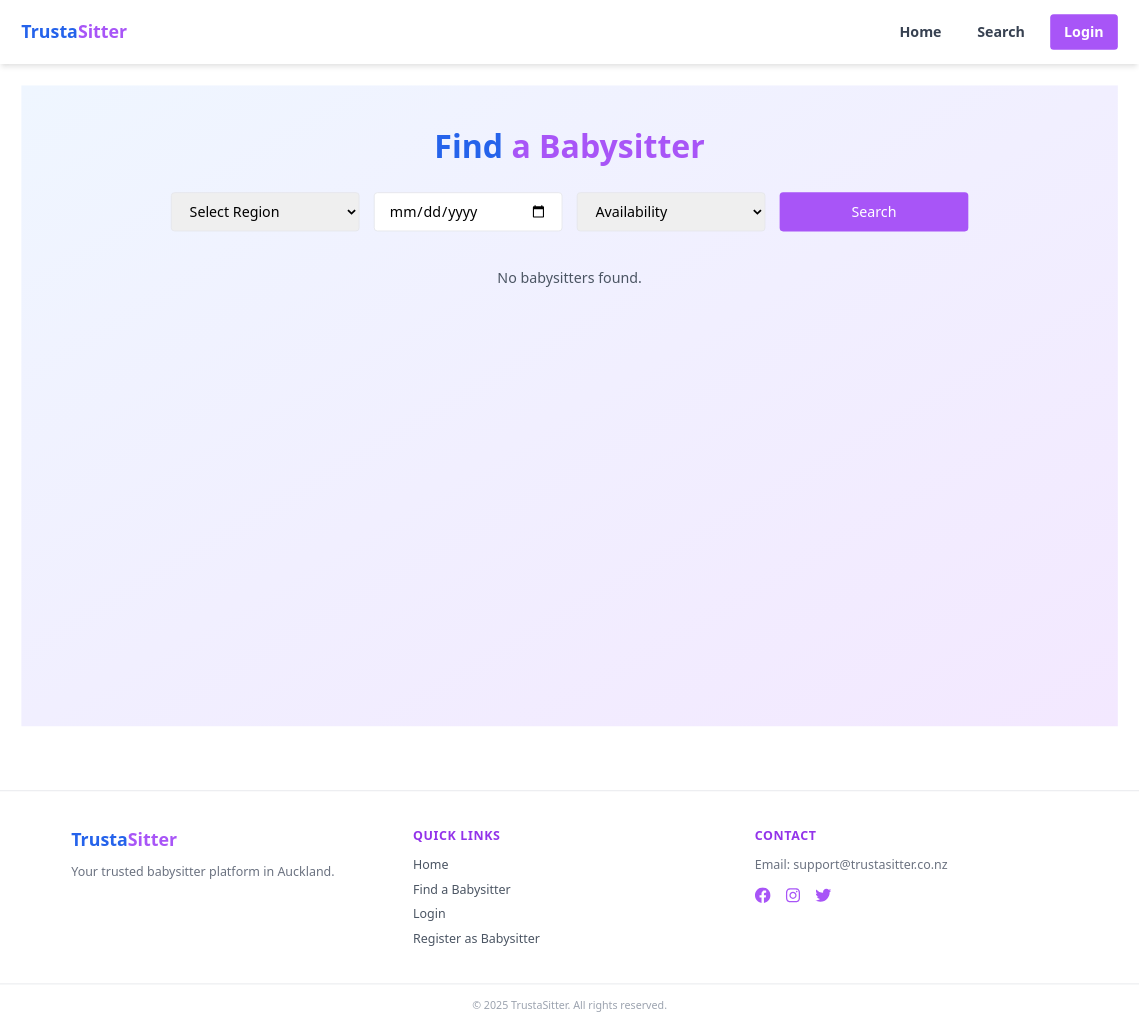
Repository: LargeWC-Code/TrustaSitter
Page: /search (app in trustasitter-frontend/)
An editor plug-in stored every save of this project. The page is shown before and after the next save, followed by the edit.
The browser window is 1280 px wide. The pictures show the whole page, at 89% of full size.
The page's requests for data from a server got no answer. The project was rebuilt for these pictures with package versions that can differ from the ones it lists, and the page was loaded fresh each time. No one was signed in, and anything a server would have sent is missing. Also part of the build but not shown: trustasitter-frontend/vite.config.js, trustasitter-frontend/src/pages/Home.jsx, trustasitter-frontend/src/services/api.js, trustasitter-frontend/src/pages/Login.jsx, trustasitter-frontend/src/pages/Bookings.jsx, trustasitter-frontend/src/pages/ChooseRole.jsx, trustasitter-frontend/src/pages/RegisterBabysitter.jsx, trustasitter-frontend/src/pages/RegisterClient.jsx and 4 more.

Above is the page before, as saved 2025-07-02 23:58:37.

### trustasitter-frontend/index.html
<!doctype html>
<html lang="en">
  <head>
    <meta charset="UTF-8" />
    <link rel="icon" type="image/png" href="/image.png" />
    <meta name="viewport" content="width=device-width, initial-scale=1.0" />
    <title>TrustaSitter</title>
  </head>
  <body>
    <div id="root"></div>
    <script type="module" src="/src/main.jsx"></script>
  </body>
</html>

### trustasitter-frontend/src/main.jsx
import React from 'react';
import ReactDOM from 'react-dom/client';
import App from './App';
import './index.css'; // Importing global styles
import { BrowserRouter } from 'react-router-dom';
import { AuthProvider } from './context/AuthContext';

ReactDOM.createRoot(document.getElementById('root')).render(
  <React.StrictMode>
    <AuthProvider>
        <App />
      </AuthProvider>
    </React.StrictMode>
);

### trustasitter-frontend/src/App.jsx
// App.jsx – Router setup with Navbar
import React from 'react';
import { BrowserRouter as Router, Routes, Route } from 'react-router-dom';

import Navbar from './components/Navbar'; // Importing the Navbar component
import Footer from './components/Footer'; // Importing the Footer component
import Home from './pages/Home';  // Importing the Home component
import Search from './pages/Search';  // Importing the Search component
import Login from './pages/Login';  // Importing the Login component
import Bookings from './pages/Bookings';    // Importing the Bookings component
import ChooseRole from './pages/ChooseRole';  // Importing the ChooseRole component
import RegisterBabysitter from './pages/RegisterBabysitter'; // Importing the RegisterBabysitter component
import RegisterClient from './pages/RegisterClient'; // Importing the RegisterClient component
import  HomeClient from './pages/HomeClient'; // Importing the HomeClient component
import HomeBabysitter from './pages/HomeBabysitter'; // Importing the HomeBabysitter component
import ProfileBabysitter from "./pages/ProfileBabysitter"; // Importing the ProfileBabysitter component
import ScrollToTop from './components/ScrollToTop'; // Importing the ScrollToTop component
import ProfileClient from './pages/ProfileClient';

const App = () => {
  return (
    <Router>
      <ScrollToTop />
      <Navbar />
      <div className="p-6">
        <Routes>
          <Route path="/homeclient" element={<HomeClient />} />
          <Route path="/register-client" element={<RegisterClient />} />
          <Route path="/home-babysitter" element={<HomeBabysitter />} />
          <Route path="/" element={<Home />} />
          <Route path="/search" element={<Search />} />
          <Route path="/login" element={<Login />} />
          <Route path="/bookings" element={<Bookings />} />
          <Route path="/choose-role" element={<ChooseRole />} />
          <Route path="/register-babysitter" element={<RegisterBabysitter />} />
          <Route path="/profile" element={<ProfileBabysitter />} />
          <Route path="/profile-client" element={<ProfileClient />} />
        </Routes>
      </div>
      <Footer />
    </Router>
  );
};

export default App;

### trustasitter-frontend/src/context/AuthContext.jsx
import React, { createContext, useState, useEffect } from "react";

export const AuthContext = createContext();

export const AuthProvider = ({ children }) => {
  const [user, setUser] = useState(null);
  const [token, setToken] = useState(null);
  const [role, setRole] = useState(null);
  const [isLoading, setIsLoading] = useState(true); // Indicates that charging has not finished

  useEffect(() => {
    const storedToken = localStorage.getItem("token");
    const storedUser = localStorage.getItem("user");
    const storedRole = localStorage.getItem("role");
    if (storedToken && storedUser) {
      setToken(storedToken);
      setUser(JSON.parse(storedUser));
      setRole(storedRole);
    }
    setIsLoading(false); // Indicates that charging has finished
  }, []);

  const login = (data) => {
    setToken(data.token);
    setUser(data.user);
    setRole(data.role);
    localStorage.setItem("token", data.token);
    localStorage.setItem("user", JSON.stringify(data.user));
    localStorage.setItem("role", data.role);
  };

  const logout = () => {
    setToken(null);
    setUser(null);
    setRole(null);
    localStorage.removeItem("token");
    localStorage.removeItem("user");
    localStorage.removeItem("role");
  };

  return (
    <AuthContext.Provider value={{ user, token, role, isLoading, login, logout }}>
      {children}
    </AuthContext.Provider>
  );
};

### trustasitter-frontend/src/components/Navbar.jsx
import React, { useContext } from "react";
import { Link, useNavigate } from "react-router-dom";
import { AuthContext } from "../context/AuthContext";

function Navbar() {
  const { user, role, logout } = useContext(AuthContext);
  const navigate = useNavigate();

  const handleLogout = () => {
    logout();
    navigate("/");
  };

  return (
    <nav className="bg-white shadow-md px-6 py-4 flex justify-between items-center">
      {/* Logo */}
      <div className="text-xl font-bold">
        <Link to="/" className="text-xl font-bold">
          <span className="text-blue-600">Trusta</span>
          <span className="text-purple-500">Sitter</span>
        </Link>
      </div>

      {/* Navigation Links */}
      <div className="flex items-center gap-4">
        <Link
          to="/"
          className="text-gray-700 font-semibold px-3 py-2 rounded hover:bg-purple-50 hover:text-purple-600 transition"
        >
          Home
        </Link>
        {role !== "babysitter" && (
          <Link
            to="/search"
            className="text-gray-700 font-semibold px-3 py-2 rounded hover:bg-purple-50 hover:text-purple-600 transition"
          >
            Search
          </Link>
        )}

        {!user && (
          <Link
            to="/login"
            className="bg-purple-500 hover:bg-purple-600 text-white font-semibold px-4 py-2 rounded transition"
          >
            Login
          </Link>
        )}

        {user && (
          <>
            {/* Dashboard link based on role */}
            <Link
              to={role === "user" ? "/homeclient" : "/home-babysitter"}
              className="text-gray-700 font-semibold px-3 py-2 rounded hover:bg-purple-50 hover:text-purple-600 transition"
            >
              Dashboard
            </Link>

            {/* Profile link based on role */}
            <Link
              to={role === "user" ? "/profile-client" : "/profile"}
              className="text-gray-700 font-semibold px-3 py-2 rounded hover:bg-purple-50 hover:text-purple-600 transition"
            >
              My Profile
            </Link>

            <button
              onClick={handleLogout}
              className="bg-red-500 hover:bg-red-600 text-white font-semibold px-4 py-2 rounded transition"
            >
              Logout
            </button>
          </>
        )}
      </div>
    </nav>
  );
}

export default Navbar;

### trustasitter-frontend/src/components/Footer.jsx
import React from 'react';
import { Link } from 'react-router-dom';
import { FaFacebook, FaInstagram, FaTwitter } from 'react-icons/fa';

const Footer = () => {
  return (
    <footer className="bg-white border-t mt-12">
      <div className="max-w-6xl mx-auto px-4 py-10 grid md:grid-cols-3 gap-8 text-sm text-gray-600">
        {/* Logo and description */}
        <div>
          <h2 className="text-xl font-bold mb-3">
            <span className="text-blue-600">Trusta</span>
            <span className="text-purple-500">Sitter</span>
          </h2>
          <p className="text-gray-500">Your trusted babysitter platform in Auckland.</p>
        </div>

        {/* Quick Links */}
        <div>
          <h3 className="font-semibold mb-3 text-purple-600 uppercase tracking-wider">Quick Links</h3>
          <ul className="space-y-2">
            <li>
              <Link
                to="/"
                onClick={() => window.scrollTo(0, 0)}
                className="hover:underline hover:text-purple-600 transition"
              >
                Home
              </Link>
            </li>
            <li>
              <Link
                to="/search"
                onClick={() => window.scrollTo(0, 0)}
                className="hover:underline hover:text-purple-600 transition"
              >
                Find a Babysitter
              </Link>
            </li>
            <li>
              <Link
                to="/login"
                onClick={() => window.scrollTo(0, 0)}
                className="hover:underline hover:text-purple-600 transition"
              >
                Login
              </Link>
            </li>
            <li>
              <Link
                to="/register-babysitter"
                onClick={() => window.scrollTo(0, 0)}
                className="hover:underline hover:text-purple-600 transition"
              >
                Register as Babysitter
              </Link>
            </li>
          </ul>
        </div>

        {/* Contact and socials */}
        <div>
          <h3 className="font-semibold mb-3 text-purple-600 uppercase tracking-wider">Contact</h3>
          <p className="text-gray-500">Email: support@trustasitter.co.nz</p>
          <div className="flex space-x-4 mt-4">
            <a href="#" className="text-purple-500 hover:text-purple-700 transition">
              <FaFacebook size={18} />
            </a>
            <a href="#" className="text-purple-500 hover:text-purple-700 transition">
              <FaInstagram size={18} />
            </a>
            <a href="#" className="text-purple-500 hover:text-purple-700 transition">
              <FaTwitter size={18} />
            </a>
          </div>
        </div>
      </div>
      <div className="text-center text-xs text-gray-400 py-4 border-t">
        © {new Date().getFullYear()} TrustaSitter. All rights reserved.
      </div>
    </footer>
  );
};

export default Footer;

### trustasitter-frontend/src/pages/Search.jsx
// src/pages/Search.jsx
import React, { useEffect, useState } from "react";
import axios from "axios";

const Search = () => {
  const [babysitters, setBabysitters] = useState([]);
  const [loading, setLoading] = useState(true);

  // Fetch babysitters when component mounts
  useEffect(() => {
    const fetchBabysitters = async () => {
      try {
        const response = await axios.get("http://localhost:3000/api/babysitters");
        setBabysitters(response.data);
      } catch (error) {
        console.error("Error fetching babysitters:", error);
      } finally {
        setLoading(false);
      }
    };

    fetchBabysitters();
  }, []);

  return (
    <main className="bg-gradient-to-br from-blue-50 to-purple-100 min-h-screen py-12 px-6">
      <h1 className="text-4xl font-bold text-center mb-8">
        <span className="text-blue-600">Find</span>{" "}
        <span className="text-purple-500">a Babysitter</span>
      </h1>

      {/* Filters */}
      <div className="max-w-4xl mx-auto grid grid-cols-1 md:grid-cols-4 gap-4 mb-10">
        <select className="px-4 py-2 border rounded focus:outline-none">
          <option value="">Select Region</option>
          <option value="Central">Central</option>
          <option value="East">East</option>
          <option value="West">West</option>
          <option value="North">North</option>
          <option value="South">South</option>
        </select>
        <input
          type="date"
          className="px-4 py-2 border rounded focus:outline-none"
        />
        <select className="px-4 py-2 border rounded focus:outline-none">
          <option value="">Availability</option>
          <option value="morning">Morning</option>
          <option value="afternoon">Afternoon</option>
          <option value="evening">Evening</option>
        </select>
        <button className="bg-purple-500 hover:bg-purple-600 text-white py-2 rounded transition">
          Search
        </button>
      </div>

      {loading ? (
        <p className="text-center text-gray-600">Loading babysitters...</p>
      ) : babysitters.length === 0 ? (
        <p className="text-center text-gray-600">No babysitters found.</p>
      ) : (
        <div className="max-w-6xl mx-auto grid grid-cols-1 md:grid-cols-2 lg:grid-cols-3 gap-6">
          {babysitters.map((sitter) => (
            <div
              key={sitter.id}
              className="bg-white rounded shadow p-4 flex flex-col justify-between"
            >
              <div>
                <h2 className="text-xl font-semibold text-gray-800 mb-2">
                  {sitter.name}
                </h2>
                <p className="text-gray-600 mb-1">
                  <strong>Region:</strong> {sitter.region || "Not specified"}
                </p>
                <p className="text-gray-600 mb-1">
                  <strong>Rate:</strong>{" "}
                  {sitter.rate ? `$${sitter.rate}/hr` : "Not specified"}
                </p>
                <p className="text-gray-600 mb-1">
                  <strong>Available:</strong>{" "}
                  {sitter.available_days
                    ? sitter.available_days.join(", ")
                    : "Not specified"}
                </p>
                <p className="text-gray-600">
                  <strong>About:</strong>{" "}
                  {sitter.about || "No description provided."}
                </p>
              </div>
              <button
                className="mt-4 bg-purple-500 hover:bg-purple-600 text-white py-2 rounded transition"
                onClick={() => alert("Booking flow will be implemented here")}
              >
                Request Booking
              </button>
            </div>
          ))}
        </div>
      )}
    </main>
  );
};

export default Search;

### trustasitter-frontend/src/components/ScrollToTop.jsx
import { useEffect } from "react";
import { useLocation } from "react-router-dom";

export default function ScrollToTop() {
  const { pathname } = useLocation();

  useEffect(() => {
    window.scrollTo(0, 0);
  }, [pathname]);

  return null;
}
// This component will scroll to the top of the page whenever the pathname changes.

Loaded but not shown: trustasitter-frontend/src/index.css (common file); trustasitter-frontend/tailwind.config.js (common file)

After the next save:
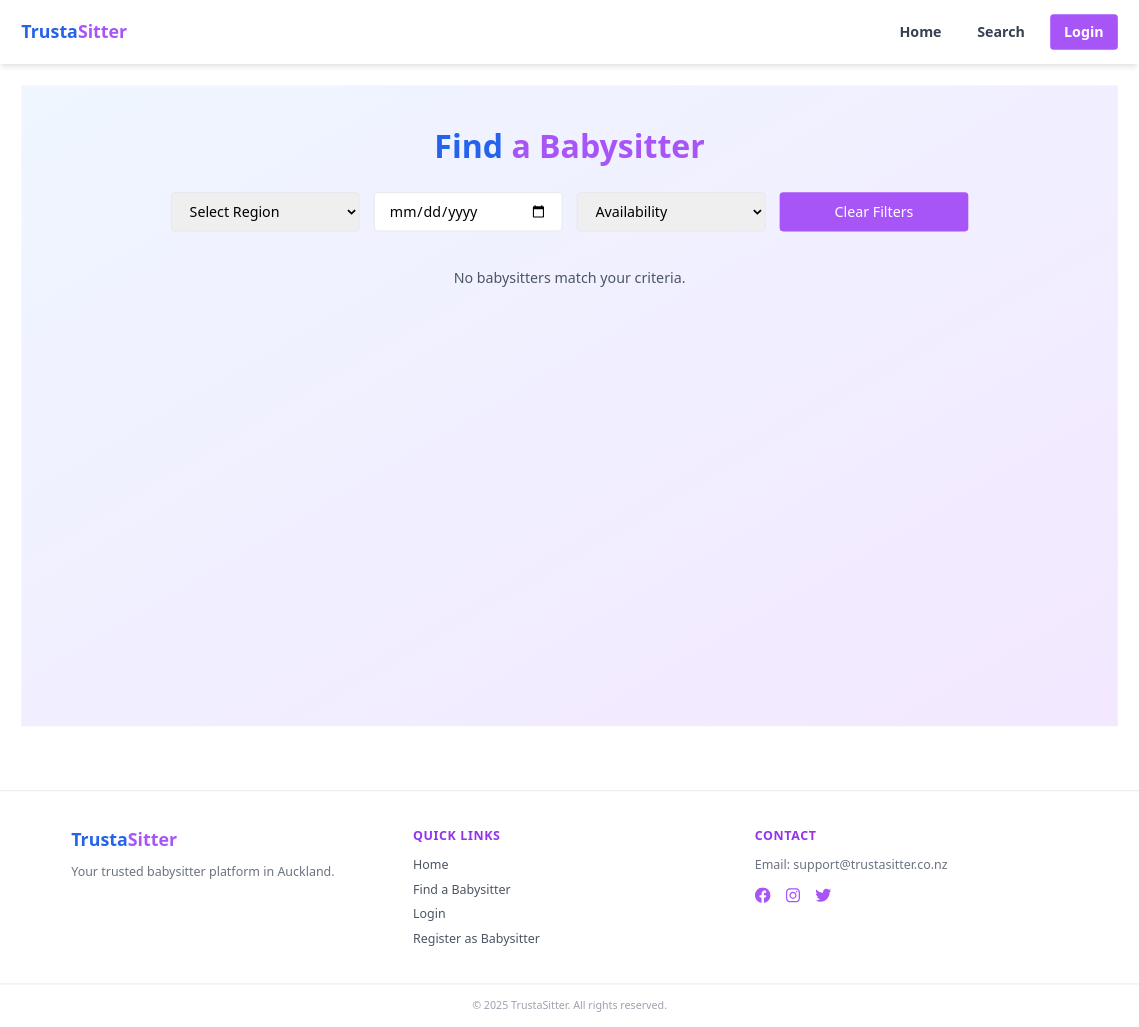
Saved 20 min 9 s later.
--- a/trustasitter-frontend/src/pages/Search.jsx
+++ b/trustasitter-frontend/src/pages/Search.jsx
@@ -5,6 +5,11 @@ import axios from "axios";
 const Search = () => {
   const [babysitters, setBabysitters] = useState([]);
   const [loading, setLoading] = useState(true);
+
+  // Filter states
+  const [selectedRegion, setSelectedRegion] = useState("");
+  const [selectedAvailability, setSelectedAvailability] = useState("");
+  const [selectedDate, setSelectedDate] = useState("");
 
   // Fetch babysitters when component mounts
   useEffect(() => {
@@ -22,6 +27,52 @@ const Search = () => {
     fetchBabysitters();
   }, []);
 
+  // Handle region change
+  const handleRegionChange = (e) => {
+    setSelectedRegion(e.target.value);
+  };
+
+  // Handle availability change
+  const handleAvailabilityChange = (e) => {
+    setSelectedAvailability(e.target.value);
+  };
+
+  // Handle date change
+  const handleDateChange = (e) => {
+    setSelectedDate(e.target.value);
+  };
+
+  // Filtered babysitters based on selected filters
+  const filteredBabysitters = babysitters.filter((sitter) => {
+    // Region filter
+    const regionMatch = selectedRegion
+      ? sitter.region && sitter.region.toLowerCase() === selectedRegion.toLowerCase()
+      : true;
+
+    // Availability filter (morning, afternoon, evening)
+    let availabilityMatch = true;
+    if (selectedAvailability && sitter.available_from && sitter.available_to) {
+      const startHour = parseInt(sitter.available_from.split(":")[0]);
+      const endHour = parseInt(sitter.available_to.split(":")[0]);
+
+      if (selectedAvailability === "morning") {
+        availabilityMatch = startHour <= 12;
+      } else if (selectedAvailability === "afternoon") {
+        availabilityMatch = startHour >= 12 && startHour < 18;
+      } else if (selectedAvailability === "evening") {
+        availabilityMatch = startHour >= 18;
+      }
+    }
+
+    // Date filter (check if selected day is in available_days)
+    const dateMatch = selectedDate
+      ? sitter.available_days &&
+        sitter.available_days.includes(new Date(selectedDate).toLocaleDateString("en-US", { weekday: "long" }))
+      : true;
+
+    return regionMatch && availabilityMatch && dateMatch;
+  });
+
   return (
     <main className="bg-gradient-to-br from-blue-50 to-purple-100 min-h-screen py-12 px-6">
       <h1 className="text-4xl font-bold text-center mb-8">
@@ -31,7 +82,12 @@ const Search = () => {
 
       {/* Filters */}
       <div className="max-w-4xl mx-auto grid grid-cols-1 md:grid-cols-4 gap-4 mb-10">
-        <select className="px-4 py-2 border rounded focus:outline-none">
+        {/* Region filter */}
+        <select
+          className="px-4 py-2 border rounded focus:outline-none"
+          value={selectedRegion}
+          onChange={handleRegionChange}
+        >
           <option value="">Select Region</option>
           <option value="Central">Central</option>
           <option value="East">East</option>
@@ -39,28 +95,48 @@ const Search = () => {
           <option value="North">North</option>
           <option value="South">South</option>
         </select>
+
+        {/* Date filter */}
         <input
           type="date"
           className="px-4 py-2 border rounded focus:outline-none"
+          value={selectedDate}
+          onChange={handleDateChange}
         />
-        <select className="px-4 py-2 border rounded focus:outline-none">
+
+        {/* Availability filter */}
+        <select
+          className="px-4 py-2 border rounded focus:outline-none"
+          value={selectedAvailability}
+          onChange={handleAvailabilityChange}
+        >
           <option value="">Availability</option>
           <option value="morning">Morning</option>
           <option value="afternoon">Afternoon</option>
           <option value="evening">Evening</option>
         </select>
-        <button className="bg-purple-500 hover:bg-purple-600 text-white py-2 rounded transition">
-          Search
+
+        {/* Clear Filters */}
+        <button
+          className="bg-purple-500 hover:bg-purple-600 text-white py-2 rounded transition"
+          onClick={() => {
+            setSelectedRegion("");
+            setSelectedAvailability("");
+            setSelectedDate("");
+          }}
+        >
+          Clear Filters
         </button>
       </div>
 
+      {/* Babysitter list */}
       {loading ? (
         <p className="text-center text-gray-600">Loading babysitters...</p>
-      ) : babysitters.length === 0 ? (
-        <p className="text-center text-gray-600">No babysitters found.</p>
+      ) : filteredBabysitters.length === 0 ? (
+        <p className="text-center text-gray-600">No babysitters match your criteria.</p>
       ) : (
         <div className="max-w-6xl mx-auto grid grid-cols-1 md:grid-cols-2 lg:grid-cols-3 gap-6">
-          {babysitters.map((sitter) => (
+          {filteredBabysitters.map((sitter) => (
             <div
               key={sitter.id}
               className="bg-white rounded shadow p-4 flex flex-col justify-between"
